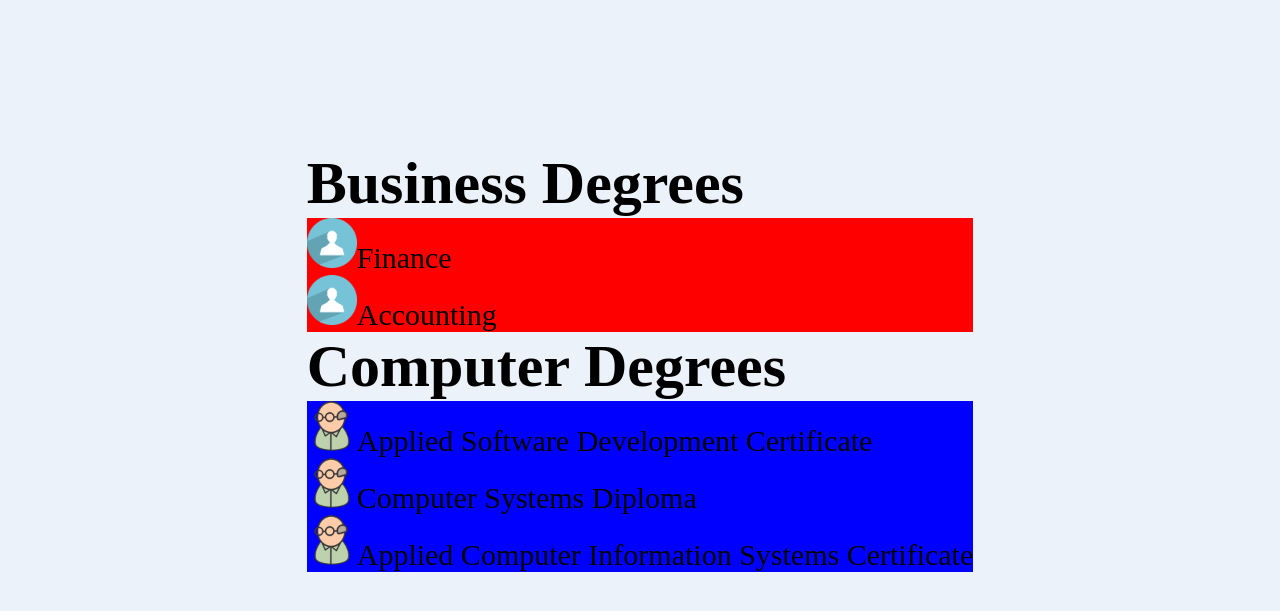
Repository: NeemaToto/mdia2109week3
Page: /
The author's editor kept a copy of each file at every save. The page is drawn from the files as they stood at one save, then again after the next save.
The browser window is 1280 px wide. The pictures show the whole page.
The project was rebuilt for these pictures with package versions that can differ from the ones it lists, and the page was loaded fresh each time. The framework's server and built-in components were replaced by stand-ins that run in the browser. Also part of the build but not shown: next.config.js.

Above is the page before, as saved 2023-01-19 12:32:06.

### pages/index.js
import Head from 'next/head'
import Image from 'next/image'
import { Inter } from '@next/font/google'
import styles from '@/styles/Home.module.css'
import data from '../data/education.json'
import { useState } from 'react'
import Card from '../components/card'
import Link from 'next/link'

const inter = Inter({ subsets: ['latin'] })

export default function Home() {
  console.log(data);
  const [information, setInformation] = useState([...data]);

  return (
    <>
      <Head>
        <title>Departments of School</title>
        <meta name="description" content="Generated by create next app" />
        <meta name="viewport" content="width=device-width, initial-scale=1" />
        <link rel="icon" href="/degree-icon.png"/>
      </Head>
      <main className={styles.main}>
        <div className={styles.degrees}>
          <h1 className=''>Business Degrees</h1>
          {
            information && information.map((info, index) => {
              if (info.department === "Business") {
                return (
                  <Card key={index} degree={info.degree} colour="red" font="30px" />
                )
              }
            })
          }
          <h1>Computer Degrees</h1>
          {
            information && information.map((info, index) => {
              if (info.department === "Computing") {
                return (
                  <Card key={index} degree={info.degree} colour="blue" font="30px" />
                )
              }
            })
          }
        </div>
      </main>
    </>
  )
}

### styles/globals.css
:root {
  --max-width: 1100px;
  --border-radius: 12px;
  --font-mono: ui-monospace, Menlo, Monaco, 'Cascadia Mono', 'Segoe UI Mono',
    'Roboto Mono', 'Oxygen Mono', 'Ubuntu Monospace', 'Source Code Pro',
    'Fira Mono', 'Droid Sans Mono', 'Courier New', monospace;

  --foreground-rgb: 0, 0, 0;
  --background-start-rgb: 214, 219, 220;
  --background-end-rgb: 255, 255, 255;

  --primary-glow: conic-gradient(
    from 180deg at 50% 50%,
    #16abff33 0deg,
    #0885ff33 55deg,
    #54d6ff33 120deg,
    #0071ff33 160deg,
    transparent 360deg
  );
  --secondary-glow: radial-gradient(
    rgba(255, 255, 255, 1),
    rgba(255, 255, 255, 0)
  );

  --tile-start-rgb: 239, 245, 249;
  --tile-end-rgb: 228, 232, 233;
  --tile-border: conic-gradient(
    #00000080,
    #00000040,
    #00000030,
    #00000020,
    #00000010,
    #00000010,
    #00000080
  );

  --callout-rgb: 238, 240, 241;
  --callout-border-rgb: 172, 175, 176;
  --card-rgb: 180, 185, 188;
  --card-border-rgb: 131, 134, 135;
}

@media (prefers-color-scheme: dark) {
  :root {
    --foreground-rgb: 255, 255, 255;
    --background-start-rgb: 0, 0, 0;
    --background-end-rgb: 0, 0, 0;

    --primary-glow: radial-gradient(rgba(1, 65, 255, 0.4), rgba(1, 65, 255, 0));
    --secondary-glow: linear-gradient(
      to bottom right,
      rgba(1, 65, 255, 0),
      rgba(1, 65, 255, 0),
      rgba(1, 65, 255, 0.3)
    );

    --tile-start-rgb: 2, 13, 46;
    --tile-end-rgb: 2, 5, 19;
    --tile-border: conic-gradient(
      #ffffff80,
      #ffffff40,
      #ffffff30,
      #ffffff20,
      #ffffff10,
      #ffffff10,
      #ffffff80
    );

    --callout-rgb: 20, 20, 20;
    --callout-border-rgb: 108, 108, 108;
    --card-rgb: 100, 100, 100;
    --card-border-rgb: 200, 200, 200;
  }
}

* {
  box-sizing: border-box;
  padding: 0;
  margin: 0;
}

html,
body {
  max-width: 100vw;
  overflow-x: hidden;
}

body {
  color: rgb(var(--foreground-rgb));
  background: linear-gradient(
      to bottom,
      transparent,
      rgb(var(--background-end-rgb))
    )
    rgb(var(--background-start-rgb));
}

a {
  color: inherit;
  text-decoration: none;
}

@media (prefers-color-scheme: dark) {
  html {
    color-scheme: dark;
  }
}


.degrees{
  font-size: 10000px;
}

### styles/Home.module.css
.main {
  display: flex;
  flex-direction: row;
  justify-content: center;
  align-items: center;
  padding: 6rem;
  min-height: 100vh;
  background-color: #ebf2fa;
}

.description {
  display: inherit;
  justify-content: inherit;
  align-items: inherit;
  font-size: 0.85rem;
  max-width: var(--max-width);
  width: 100%;
  z-index: 2;
  font-family: var(--font-mono);
}

.description a {
  display: flex;
  justify-content: center;
  align-items: center;
  gap: 0.5rem;
}

.description p {
  position: relative;
  margin: 0;
  padding: 1rem;
  background-color: rgba(var(--callout-rgb), 0.5);
  border: 1px solid rgba(var(--callout-border-rgb), 0.3);
  border-radius: var(--border-radius);
}

.code {
  font-weight: 700;
  font-family: var(--font-mono);
}

.grid {
  display: grid;
  grid-template-columns: repeat(4, minmax(25%, auto));
  width: var(--max-width);
  max-width: 100%;
}

.card {
  padding: 1rem 1.2rem;
  border-radius: var(--border-radius);
  background: rgba(var(--card-rgb), 0);
  border: 1px solid rgba(var(--card-border-rgb), 0);
  transition: background 200ms, border 200ms;
}

.card span {
  display: inline-block;
  transition: transform 200ms;
}

.card h2 {
  font-weight: 600;
  margin-bottom: 0.7rem;
}

.card p {
  margin: 0;
  opacity: 0.6;
  font-size: 0.9rem;
  line-height: 1.5;
  max-width: 30ch;
}

.center {
  display: flex;
  justify-content: center;
  align-items: center;
  position: relative;
  padding: 4rem 0;
}

.center::before {
  background: var(--secondary-glow);
  border-radius: 50%;
  width: 480px;
  height: 360px;
  margin-left: -400px;
}

.center::after {
  background: var(--primary-glow);
  width: 240px;
  height: 180px;
  z-index: -1;
}

.center::before,
.center::after {
  content: '';
  left: 50%;
  position: absolute;
  filter: blur(45px);
  transform: translateZ(0);
}

.logo,
.thirteen {
  position: relative;
}

.thirteen {
  display: flex;
  justify-content: center;
  align-items: center;
  width: 75px;
  height: 75px;
  padding: 25px 10px;
  margin-left: 16px;
  transform: translateZ(0);
  border-radius: var(--border-radius);
  overflow: hidden;
  box-shadow: 0px 2px 8px -1px #0000001a;
}

.thirteen::before,
.thirteen::after {
  content: '';
  position: absolute;
  z-index: -1;
}

/* Conic Gradient Animation */
.thirteen::before {
  animation: 6s rotate linear infinite;
  width: 200%;
  height: 200%;
  background: var(--tile-border);
}

/* Inner Square */
.thirteen::after {
  inset: 0;
  padding: 1px;
  border-radius: var(--border-radius);
  background: linear-gradient(
    to bottom right,
    rgba(var(--tile-start-rgb), 1),
    rgba(var(--tile-end-rgb), 1)
  );
  background-clip: content-box;
}

/* Enable hover only on non-touch devices */
@media (hover: hover) and (pointer: fine) {
  .card:hover {
    background: rgba(var(--card-rgb), 0.1);
    border: 1px solid rgba(var(--card-border-rgb), 0.15);
  }

  .card:hover span {
    transform: translateX(4px);
  }
}

@media (prefers-reduced-motion) {
  .thirteen::before {
    animation: none;
  }

  .card:hover span {
    transform: none;
  }
}

/* Mobile */
@media (max-width: 700px) {
  .content {
    padding: 4rem;
  }

  .grid {
    grid-template-columns: 1fr;
    margin-bottom: 120px;
    max-width: 320px;
    text-align: center;
  }

  .card {
    padding: 1rem 2.5rem;
  }

  .card h2 {
    margin-bottom: 0.5rem;
  }

  .center {
    padding: 8rem 0 6rem;
  }

  .center::before {
    transform: none;
    height: 300px;
  }

  .description {
    font-size: 0.8rem;
  }

  .description a {
    padding: 1rem;
  }

  .description p,
  .description div {
    display: flex;
    justify-content: center;
    position: fixed;
    width: 100%;
  }

  .description p {
    align-items: center;
    inset: 0 0 auto;
    padding: 2rem 1rem 1.4rem;
    border-radius: 0;
    border: none;
    border-bottom: 1px solid rgba(var(--callout-border-rgb), 0.25);
    background: linear-gradient(
      to bottom,
      rgba(var(--background-start-rgb), 1),
      rgba(var(--callout-rgb), 0.5)
    );
    background-clip: padding-box;
    backdrop-filter: blur(24px);
  }

  .description div {
    align-items: flex-end;
    pointer-events: none;
    inset: auto 0 0;
    padding: 2rem;
    height: 200px;
    background: linear-gradient(
      to bottom,
      transparent 0%,
      rgb(var(--background-end-rgb)) 40%
    );
    z-index: 1;
  }
}

/* Tablet and Smaller Desktop */
@media (min-width: 701px) and (max-width: 1120px) {
  .grid {
    grid-template-columns: repeat(2, 50%);
  }
}

@media (prefers-color-scheme: dark) {
  .vercelLogo {
    filter: invert(1);
  }

  .logo,
  .thirteen img {
    filter: invert(1) drop-shadow(0 0 0.3rem #ffffff70);
  }
}

@keyframes rotate {
  from {
    transform: rotate(360deg);
  }
  to {
    transform: rotate(0deg);
  }
}

.degrees{
  font-size: 30px;
}

### data/education.json
[
        {
            "studentNumber": "A0004567",
            "firstName": "Person 1",
            "gpa": 3.8,
            "department": "Business",
            "degree": "Finance",
            "graduted": 2014
        },
        {
            "studentNumber": "A0001234",
            "firstName": "Person 2",
            "gpa": 3.5,
            "department": "Business",
            "degree": "Accounting",
            "graduted": 2010
        },
        {
            "studentNumber": "A0007890",
            "firstName": "Person 3",
            "gpa": 3.2,
            "department": "Computing",
            "degree": "Applied Software Development Certificate",
            "graduted": 2018
        },
        {
            "studentNumber": "A0007828",
            "firstName": "Person 4",
            "gpa": 3.9,
            "department": "Computing",
            "degree": "Computer Systems Diploma",
            "graduted": 2021
        },
        {
            "studentNumber": "A0003425",
            "firstName": "Person 5",
            "gpa": 3.2,
            "department": "Computing",
            "degree": "Applied Computer Information Systems Certificate",
            "graduted": 2021
        }
]

### components/card/index.js
export default function Card({
    degree = "none",
    colour = "purple",
    font = 0,
    image = 'icon/personTwo.png'
}){
    return(
        <div style={{backgroundColor: colour, fontSize: font}}>
            {
                colour === "red" ? <img src={'icon/person.png'} width="50"/> :
                colour === "blue" ? <img src={'icon/personThree.png'} width="50"/> :
                                    <img src={image} width="50"/>
            }
            {degree}
        </div>
    )
}

Loaded but not shown: pages/_app.js (common file); pages/_document.js (common file)

After the next save:
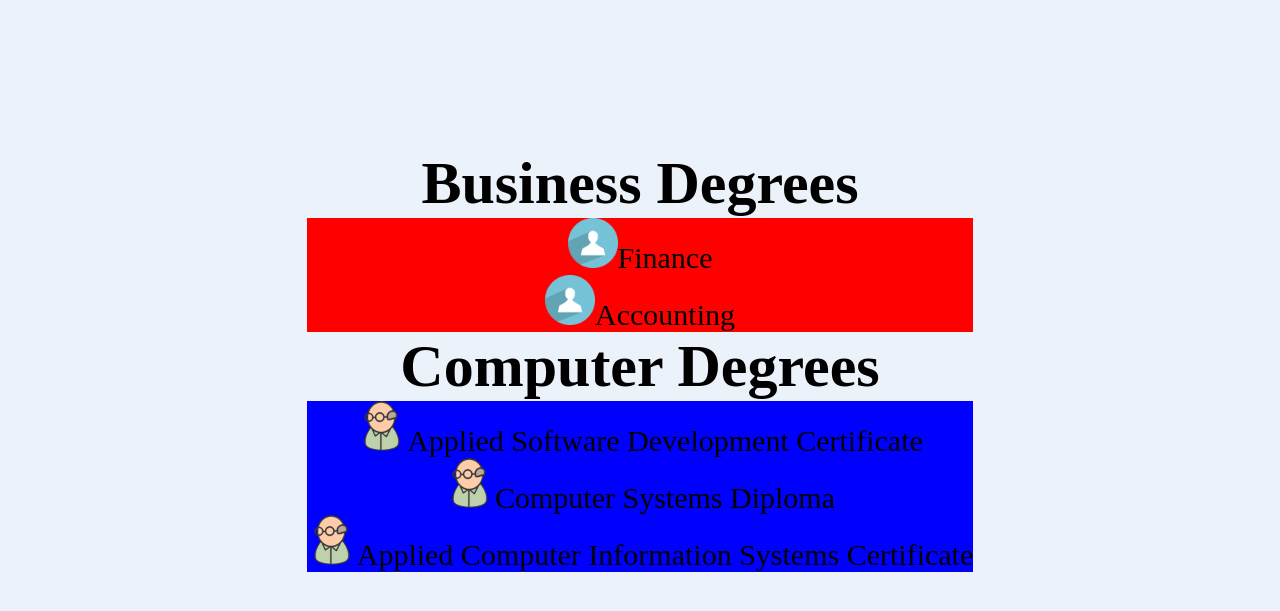
Saved 4 s later.
--- a/styles/Home.module.css
+++ b/styles/Home.module.css
@@ -280,4 +280,5 @@
 
 .degrees{
   font-size: 30px;
-}
+  text-align: center;
+}
